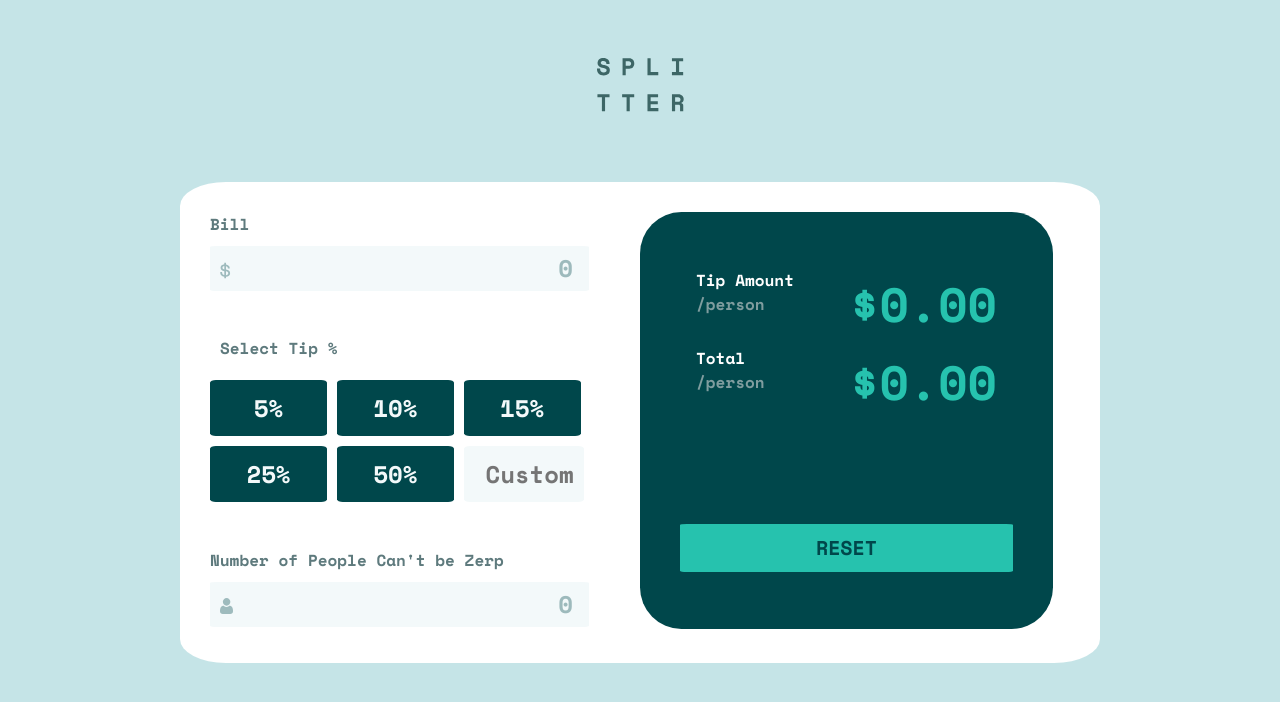
Repository: Arkitecth/tip-calculator
Page: index.html
The author's editor kept a copy of each file at every save. The page is drawn from the files as they stood at one save, then again after the next save.
The browser window is 1280 px wide. The pictures show the whole page.

Above is the page before, as saved 2023-06-09 21:11:48.

### index.html
<!DOCTYPE html>
<html lang="en">
<head>
  <meta charset="UTF-8">
  <meta name="viewport" content="width=device-width, initial-scale=1.0"> <!-- displays site properly based on user's device -->

  <link rel="icon" type="image/png" sizes="32x32" href="./images/favicon-32x32.png">
  <link rel="stylesheet" href="styles.css">
  <title>Tip calculator app</title>

</head>
<body>

  <main>
    <img src="images/logo.svg" alt="logo">
      <div class="app">
        <div class="entry">
          <div class="bill-entry">
            <p>Bill</p>
            <img src="images/icon-dollar.svg" alt="dollar sign"><input class="entry-input" type="text" name="Bill" id="Bill" placeholder="0">
            <p class="error-message">Please enter correct bill</p>
          </div>

          <div class="tip-entry">
            <p>Select Tip %</p>
            <input type="button" value="5%">
            <input type="button" value="10%">
            <input type="button" value="15%">
            <input type="button" value="25%">
            <input type="button" value="50%">
            <input class="custom" type="text" placeholder="Custom">
          </div>

          <div class="people-entry">
            <p>Number of People
              <span class="error-message">Can't be Zerp</span>
            </p>
            <img src="images/icon-person.svg" alt="person sign"><input class="entry-input" type="text" name="people-entry" id="people-entry" placeholder="0">
          </div>

        </div>

        <div class="result">
          <div class="tip">
            <p class="title">Tip Amount
              <br>
              <span class="grey-color">/person</span>
            </p>
            <h1 class="amount">$0.00</h1>

          </div>

          <div class="total">
            <p class="title">Total
              <br>
              <span class="grey-color">/person</span>
            </p>
            <h1 class="amount">$0.00</h1>
          </div>
          <button class="reset-button">Reset</button>
        </div>


  </div>
  </main>





</body>
</html>

### styles.css
@import url('https://fonts.googleapis.com/css2?family=Space+Mono:wght@700&display=swap');
* {
    margin: 0;
    padding: 0;
    font-family: 'Space Mono', monospace;
}

/* Main Styling */
body {
    background-color: #C5E4E7;

}

main {
    display: flex;
    flex-direction: column;
    justify-content: center;
    align-items: center;
    align-content: center;
    height: 100vh;
    gap: 70px;
}

/* App Styling */

.app {
    width: 920px;
    height: 481px;
    background-color: white;
    border-radius: 5%;
    display: grid;
    grid-template-columns: 1fr 1fr;
}

/* Entry Styling */

.entry {
    display: grid;
    padding-top: 30px;
    grid-template-rows: auto auto auto;
    padding-left: 30px;
    justify-content: center;
    color: #5E7A7D;
}

.entry p {
    margin-bottom: 10px;
}

.entry-input {
    background-color:#f3F9FA;
    width: 379px;
    height: 45px;
    border: none;
    border-radius: 2%;
    text-align: right;
    font-size: 1.5rem;
    color: #00474B;

}

.entry-input:focus,
.tip-entry input.custom:focus{
    outline: none;
    border: 1px solid #26C2AE;

}

.entry-input::placeholder {
    text-align: right;
    font-size: 1.5rem;
    color:#00474B;
    opacity: 0.35;
    padding: 1rem;

}

/* Bill Styling */

.bill-entry {
    position: relative;
}

.bill-entry img {
    position: absolute;
    top: 50px;
    left: 10px;
}

p.error-message {
    color: red;
    display: none;
}
.toggle {
    display: block;
}

/* Tip Entry */
.tip-entry p {
    padding: 10px;
}
.tip-entry input[type="button"] {
    width: 117px;
    padding: 10px;
    margin-bottom: 10px;
    background-color:#00474B;
    color: #f3F9FA;
    font-size: 1.5rem;
    border: none;
    border-radius: 5%;
    font-weight: 700;
}

.tip-entry input[type="button"]:active,
.tip-entry input[type="button"]:hover {
    background-color: #26C2AE;
}
.tip-entry input[type="button"]:active {
    transform: translateY(4px);
}

.tip-entry input.custom {
    background-color: #F3F9FA;
    width: 100px;
    text-align: right;
    padding: 10px;
    margin-bottom: 10px;
    color: #f3F9FA;
    font-size: 1.5rem;
    border: none;
    border-radius: 5%;
    font-weight: 700;
    color:#547878;
}

.tip-entry input.custom:active {
    outline: none;
    border: 1px solid #26C2AE;
}

/* People Entry Styling */
.people-entry {
    position: relative;
}
.people-entry img {
    position: absolute;
    top: 50px;
    left: 10px;
}

/* Result Styling */
.result {
    display: flex;
    flex-direction: column;
    background-color: #00474B;
    align-content: center;
    justify-content: space-evenly;
    border-radius: 10%;
    margin-top: 30px;
    width: 413px;
    height: 417px;
}

/* Tip Syling */
.tip {
    display: flex;
    flex-direction: row;
    justify-content: space-evenly;
    align-content: center;

}

.title {
    color: #FFFFFF;
    width: 98px;
}

.grey-color {
    color: #7F9D9F;
}

.amount {
    color: #26C2AE;
    font-size: 48px;
}

.total {
    display: flex;
    justify-content: space-evenly;
    transform: translateY(-50px);
}

/* Rest Button */
.reset-button {
    width: 333px;
    height: 48px;
    margin: 0 auto;
    text-transform: uppercase;
    font-size: 20px;
    background-color: #26C2AE;
    color: #00474B;
    border: none;
    border-radius: 2%;
}

.reset-button:hover,
.reset-button:active{
    background-color: #9FE8DF
}
.reset-button:active{
    transform: translateY(4px);
}

@media screen and (max-width:956px) {

    main {
        justify-content: flex-start;
    }
    .app {
        display: grid;
        height: fit-content;
        width: 375px;

    }
    .entry-input {
        width: 311px;
    }
    .tip-entry p {
        padding: 15px 0;
    }
    .tip-entry input[type="button"]  {
        width: 146.63px;
    }
    .people-entry p {
        padding-top: 20px;
    }

    .people-entry img {
        transform: translateY(20px);
    }
    .result {
        width: 328px;
        margin: 10px auto;
        grid-row: 2;
        font-size: 16px;
        justify-content: space-around;
        margin-top: 20px;
        height: 257px;
        margin-left: 20px;
    }

    .total {
        transform: translate(0);
    }

    .reset-button {
        width: 281px;
    }

    .amount {
        font-size: 32px;
    }
}

After the next save:
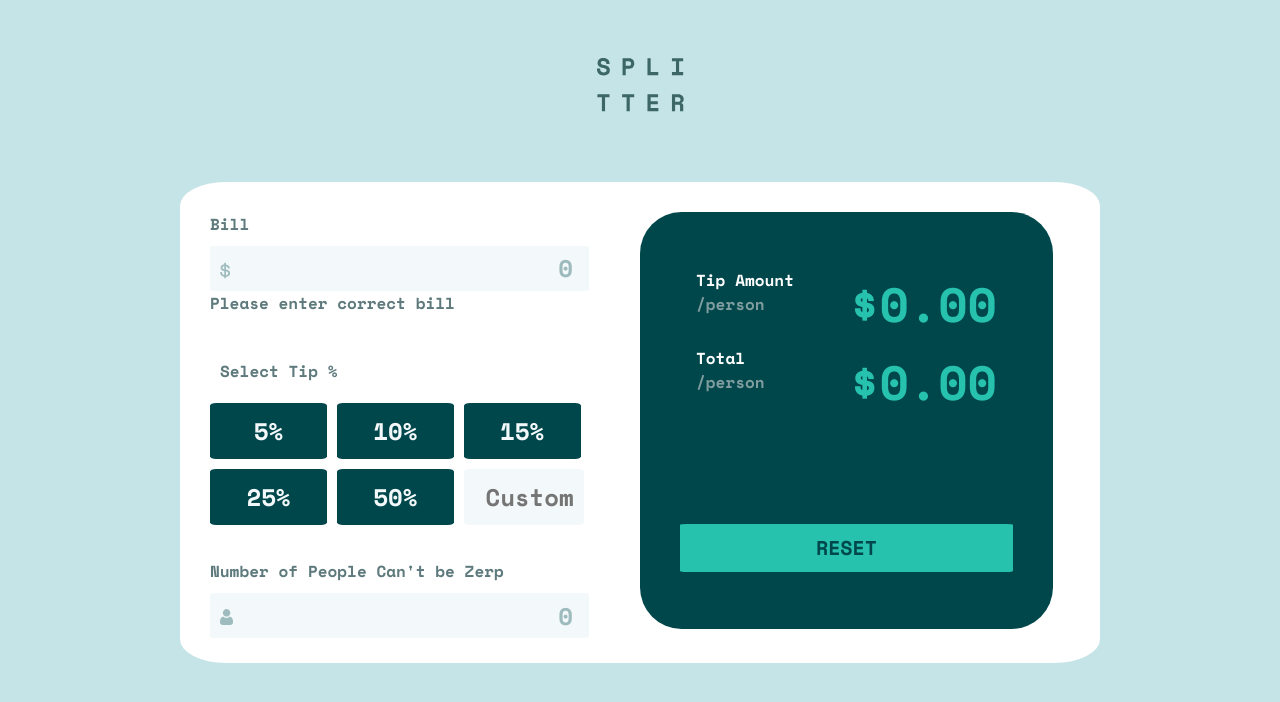
Saved 19 s later.
--- a/styles.css
+++ b/styles.css
@@ -87,7 +87,7 @@
     left: 10px;
 }
 
-p.error-message {
+error-message {
     color: red;
     display: none;
 }
@@ -133,10 +133,7 @@
     color:#547878;
 }
 
-.tip-entry input.custom:active {
-    outline: none;
-    border: 1px solid #26C2AE;
-}
+
 
 /* People Entry Styling */
 .people-entry {

After the 2 saves that followed:
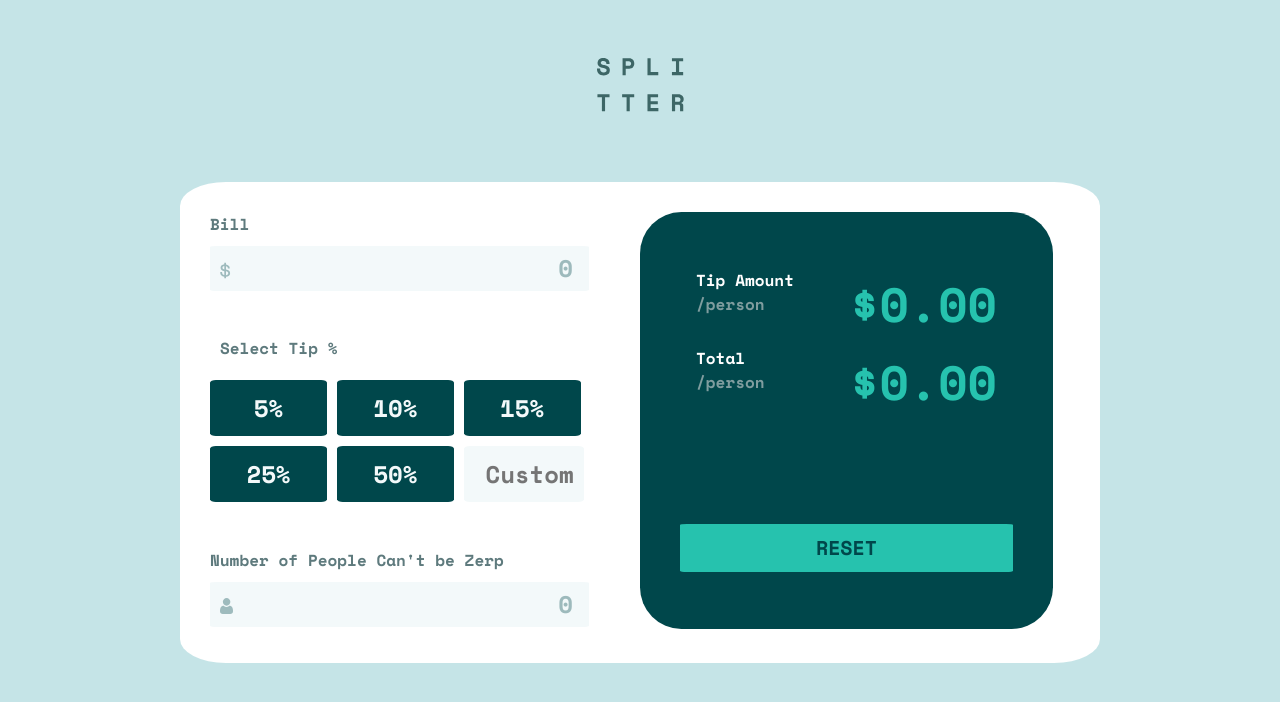
The 2 saves are shown as one change because 1 left the picture as it was.
The last was saved 19 s later.
--- a/styles.css
+++ b/styles.css
@@ -87,7 +87,11 @@
     left: 10px;
 }
 
-error-message {
+p.error-message {
+    color: red;
+    display: none;
+}
+p.error-message {
     color: red;
     display: none;
 }
